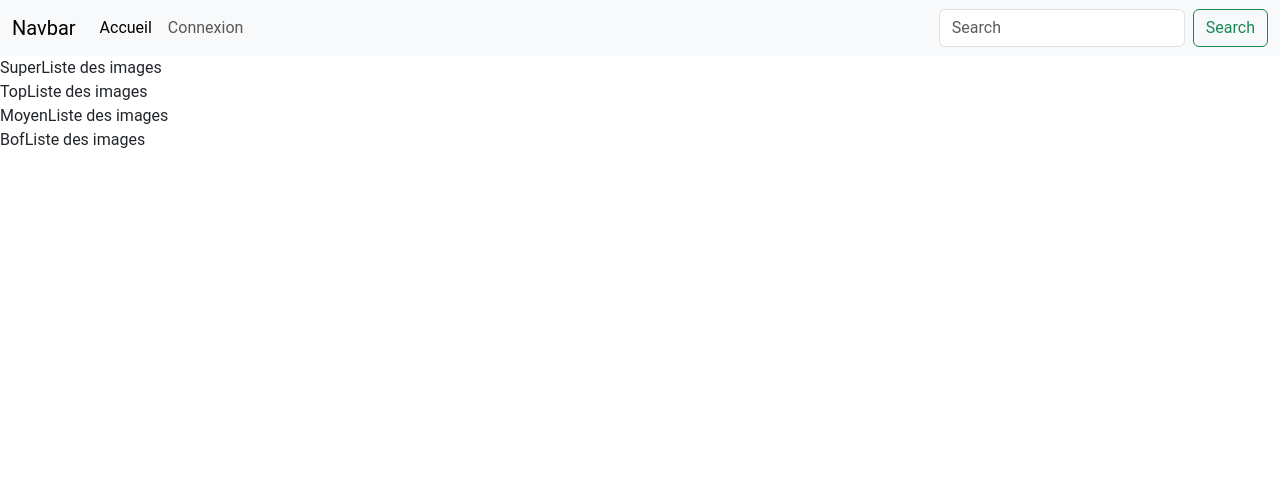
Repository: tecouz/Angular
Page: / (app in projet Angular/demo-angular-dfs2-g2/)
The author's editor kept a copy of each file at every save. The page is drawn from the files as they stood at one save, then again after the next save.
The browser window is 1280 px wide. The pictures show the whole page.
The project was rebuilt for these pictures with package versions that can differ from the ones it lists, and the page was loaded fresh each time. Also part of the build but not shown: projet Angular/demo-angular-dfs2-g2/angular.json, projet Angular/demo-angular-dfs2-g2/src/app/pages/connexion/connexion.component.ts, projet Angular/demo-angular-dfs2-g2/src/app/pages/page404/page404.component.ts.

Above is the page before, as saved 2024-11-25 11:43:00.

### projet Angular/demo-angular-dfs2-g2/src/index.html
<!doctype html>
<html lang="en">
<head>
  <meta charset="utf-8">
  <title>DemoAngularDfs2G2</title>
  <base href="/">
  <meta name="viewport" content="width=device-width, initial-scale=1">
  <link rel="icon" type="image/x-icon" href="favicon.ico">
  <link href="https://cdn.jsdelivr.net/npm/bootstrap@5.3.3/dist/css/bootstrap.min.css" rel="stylesheet" integrity="sha384-QWTKZyjpPEjISv5WaRU9OFeRpok6YctnYmDr5pNlyT2bRjXh0JMhjY6hW+ALEwIH" crossorigin="anonymous">
</head>
<body>
  <app-root></app-root>
  <script src="https://cdn.jsdelivr.net/npm/bootstrap@5.3.3/dist/js/bootstrap.bundle.min.js" integrity="sha384-YvpcrYf0tY3lHB60NNkmXc5s9fDVZLESaAA55NDzOxhy9GkcIdslK1eN7N6jIeHz" crossorigin="anonymous"></script>
</body>
</html>

### projet Angular/demo-angular-dfs2-g2/src/app/app.component.ts
import { Component } from '@angular/core';
import { RouterLink, RouterOutlet } from '@angular/router';

@Component({
  selector: 'app-root',
  imports: [RouterOutlet, RouterLink],
  templateUrl: './app.component.html',
  styleUrl: './app.component.scss'
})
export class AppComponent {
  title = 'demo-angular-dfs2-g2';
}

### projet Angular/demo-angular-dfs2-g2/src/app/app.routes.ts
import { Routes } from '@angular/router';
import { AccueilComponent } from './pages/accueil/accueil.component';
import { ConnexionComponent } from './pages/connexion/connexion.component';
import { Page404Component } from './pages/page404/page404.component';

export const routes: Routes = [
    {path: "accueil", component: AccueilComponent},
    {path: "connexion", component: ConnexionComponent},
    {path: "", redirectTo: "accueil", pathMatch: "full"},
    {path: "**", component:Page404Component},
];

### projet Angular/demo-angular-dfs2-g2/src/app/app.component.html
<nav class="navbar navbar-expand-lg bg-body-tertiary">
  <div class="container-fluid">
    <a class="navbar-brand">Navbar</a>
    <button class="navbar-toggler" type="button" data-bs-toggle="collapse" data-bs-target="#navbarSupportedContent"
      aria-controls="navbarSupportedContent" aria-expanded="false" aria-label="Toggle navigation">
      <span class="navbar-toggler-icon"></span>
    </button>
    <div class="collapse navbar-collapse" id="navbarSupportedContent">
      <ul class="navbar-nav me-auto mb-2 mb-lg-0">
        <li class="nav-item">
          <a class="nav-link active" routerLink="/accueil">Accueil</a>
        </li>
        <li class="nav-item">
          <a class="nav-link" routerLink="/connexion">Connexion</a>
        </li>
      </ul>
      <form class="d-flex" role="search">
        <input class="form-control me-2" type="search" placeholder="Search" aria-label="Search">
        <button class="btn btn-outline-success" type="submit">Search</button>
      </form>
    </div>
  </div>
</nav>

<router-outlet></router-outlet>

### projet Angular/demo-angular-dfs2-g2/src/app/pages/accueil/accueil.component.ts
import { Component } from '@angular/core';

@Component({
  selector: 'app-accueil',
  imports: [],
  templateUrl: './accueil.component.html',
  styleUrl: './accueil.component.scss'
})
export class AccueilComponent {
  compteur = 0;
  listeCategories = ["Super", "Top", "Moyen", "Bof"];

}

### projet Angular/demo-angular-dfs2-g2/src/app/pages/accueil/accueil.component.html
@for (categorie of listeCategories; track $index) {
<div class="categorie">
    <div class="en-tete">
        {{categorie}}
    </div>
    <div class="images">
        Liste des images
    </div>
</div>
}

### projet Angular/demo-angular-dfs2-g2/src/app/pages/accueil/accueil.component.scss
.categorie{
    display: flex;
}

Loaded but not shown: projet Angular/demo-angular-dfs2-g2/src/styles.scss (common file); projet Angular/demo-angular-dfs2-g2/src/main.ts (common file); projet Angular/demo-angular-dfs2-g2/src/app/app.config.ts (common file); projet Angular/demo-angular-dfs2-g2/src/app/app.component.scss (no stored copy; drawn as an empty file)

After the next save:
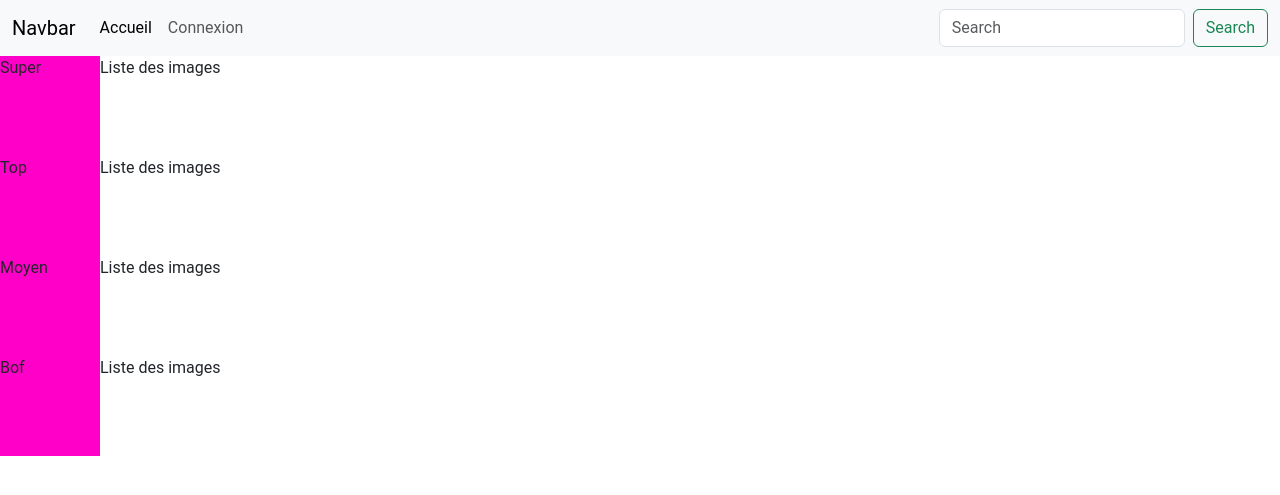
Saved 106 s later.
--- a/projet Angular/demo-angular-dfs2-g2/src/app/pages/accueil/accueil.component.scss
+++ b/projet Angular/demo-angular-dfs2-g2/src/app/pages/accueil/accueil.component.scss
@@ -1,3 +1,9 @@
 .categorie{
     display: flex;
+
+    .en-tete{
+        width: 100px;
+        height: 100px;
+        background-color: #ff00c8;
+    }
 }
